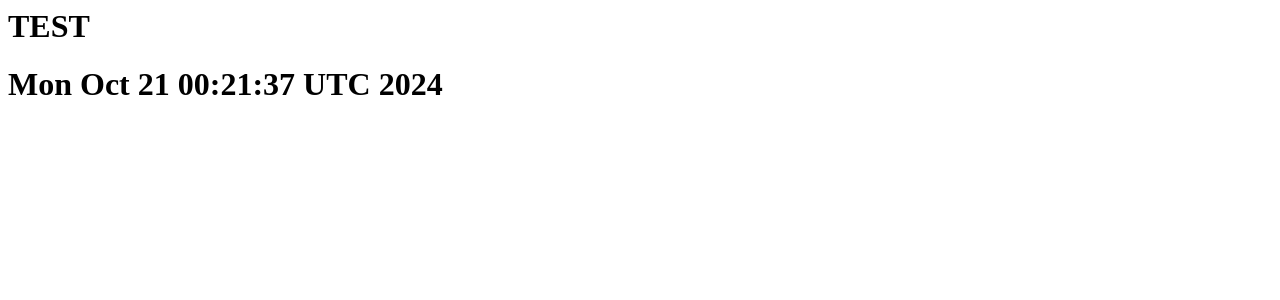
Repository: GotChun/DH_JSP
Page: http://localhost/01_JSP/C05/03Response.jsp
The author's editor kept a copy of each file at every save. The page is drawn from the files as they stood at one save, then again after the next save.
The browser window is 1280 px wide. The pictures show the whole page.
The page is served by Tomcat 9.

Above is the page before, as saved 2024-10-22 01:51:06.

After the next save:
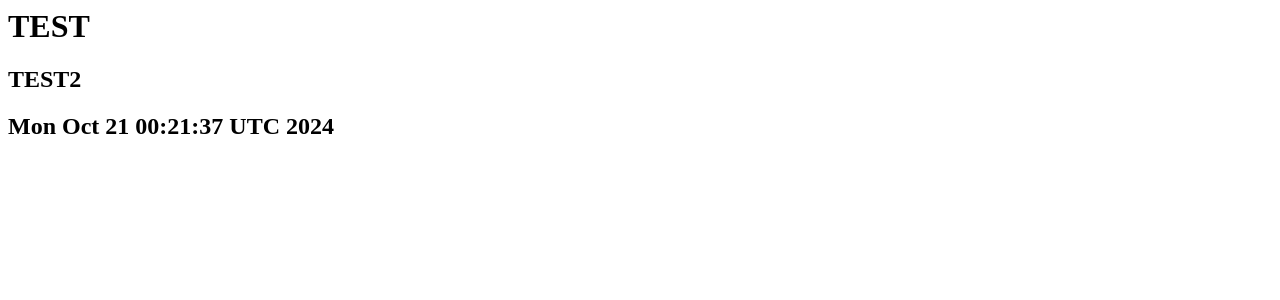
Saved 51 s later.
--- a/01_JSP/src/main/webapp/C05/03Response.jsp
+++ b/01_JSP/src/main/webapp/C05/03Response.jsp
@@ -28,6 +28,8 @@
 		//PrintWriter 사용 (out내장객체)
 		PrintWriter o = response.getWriter();  //문자열 형태로 html 코드를 전달  코드에 맞게 여러 처리가 된다
 		o.println("<h1>TEST<h1>");
+
+		o.write("<h2>TEST2<h2>");
 	//
 	%>
 
